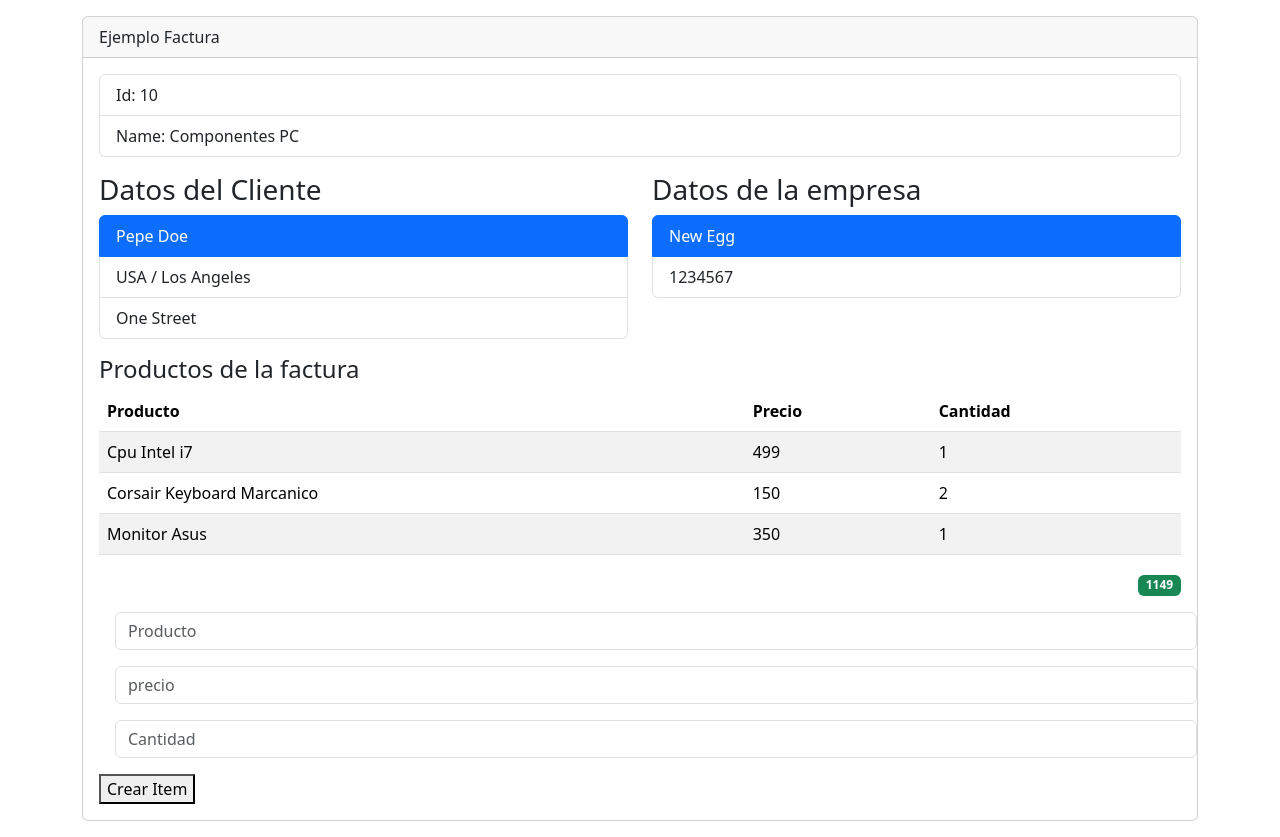
Repository: bryanesteban/4-invoice-app
Page: /
These files come from the project's save history. The page is drawn as it stood at one moment and after the next save; the edit follows.
The browser window is 1280 px wide. The pictures show the whole page.
The project was rebuilt for these pictures with package versions that can differ from the ones it lists, and the page was loaded fresh each time. Also part of the build but not shown: vite.config.js.

Above is the page before, as saved 2023-11-13 18:28:18.

After the next save:
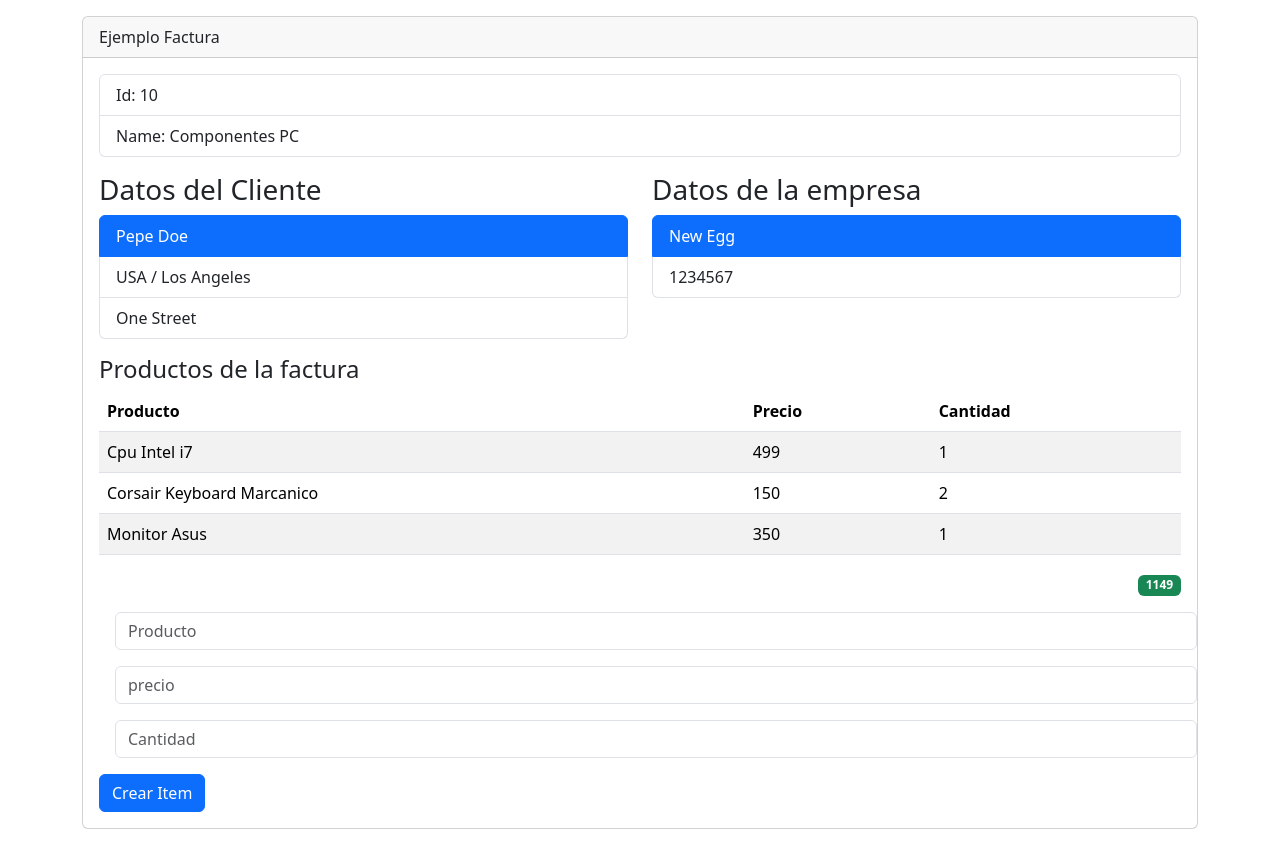
Saved 81 s later.
--- a/src/InvoiceApp.jsx
+++ b/src/InvoiceApp.jsx
@@ -64,7 +64,7 @@ export const InvoiceApp = () =>{
                                 setQuantityValue(event.target.value)
                                 console.log(event.target.value)
                                }}/>
-                        <button type ="submit" className="btn-primary">Crear Item</button>
+                        <button type ="submit" className="btn btn-primary">Crear Item</button>
                     </form>
                 </div>
             </div>
